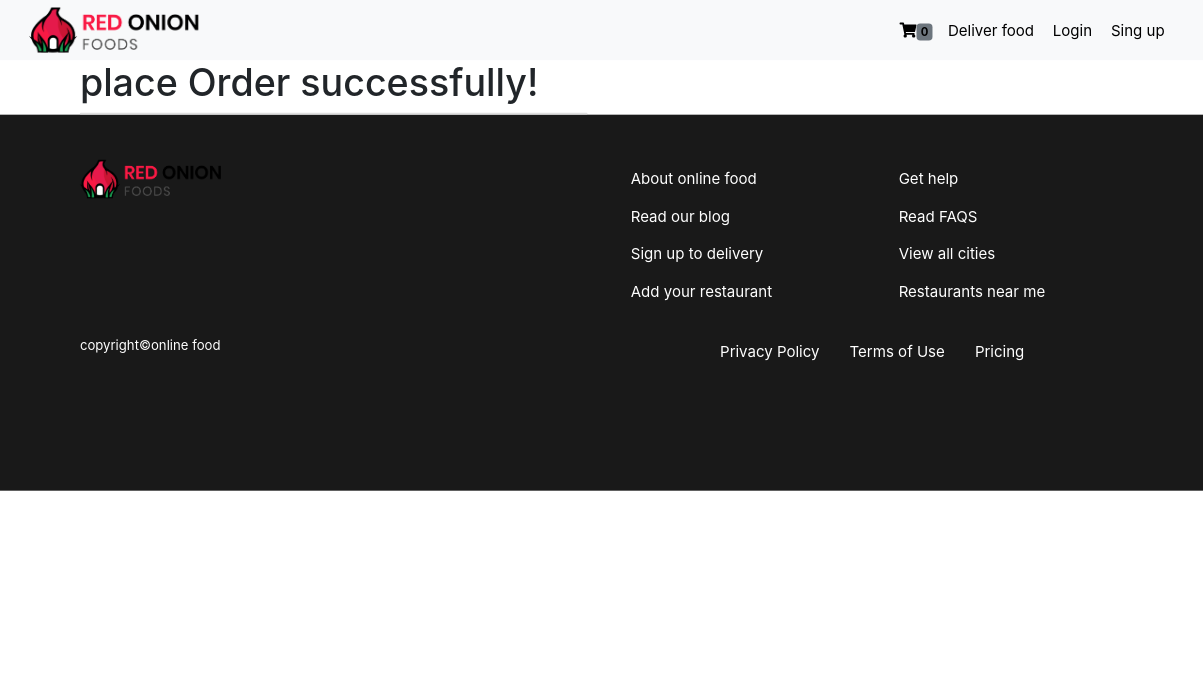
Repository: arif286/red-onion-client
Page: /order
The author's editor kept a copy of each file at every save. The page is drawn from the files as they stood at one save, then again after the next save.
The browser window is 1280 px wide. The pictures show the whole page, at 94% of full size.
The project was rebuilt for these pictures with package versions that can differ from the ones it lists, and the page was loaded fresh each time. Some packages were replaced by stand-ins written for this rebuild. Also part of the build but not shown: src/App.css, src/components/CheckOut/CheckOut.css, src/components/CheckOut/CheckOut.js, src/components/SearchBar/SearchBar.css, src/components/SearchBar/SearchBar.js, src/components/FoodDetails/FoodDetail.css, src/components/FoodDetails/FoodDetail.js, src/components/DeliveryFood/DeliveryFood.js and 11 more.

Above is the page before, as saved 2021-04-03 23:38:44.

### src/App.js
import "bootstrap/dist/css/bootstrap.min.css";
import React, { createContext, useState } from "react";
import { BrowserRouter as Router, Route, Switch } from "react-router-dom";
import './App.css';
import CheckOut from "./components/CheckOut/CheckOut";
import FoodDetail from "./components/FoodDetails/FoodDetail";
import Footer from "./components/Footer/Footer";
import Header from "./components/Header/Header";
import Home from './components/Home/Home';
import Login from "./components/LogIn/Login";
import Order from "./components/Order/Order";
import SingUp from "./components/SingUp/SingUp";


export const UserContext = createContext();
function App() {
  const [loggedInUser, setLoggedInUser] = useState({});
  return (
    <UserContext.Provider value={[loggedInUser, setLoggedInUser]}>
      <Router>
        <Header />
        <Switch>
          <Route path="/home">
            <Home />
          </Route>
          <Route path="/signUp">
            <SingUp />
          </Route>
          <Route path="/login">
            <Login />
          </Route>
          <Route path="/food/details/:foodId">
            <FoodDetail />
          </Route>
          <Route path='/checkOut'>
            <CheckOut/>
          </Route>
          <Route path='/order'>
            <Order/>
          </Route>
          <Route exact path="/">
            <Home/>
          </Route>
        </Switch>
        <Footer />
      </Router>
    </UserContext.Provider>
  );

}

export default App;

### src/components/Footer/Footer.js
import React from 'react';
import { NavLink } from 'react-bootstrap';
import Logo from '../../onion-restaurent/logo2.png';
import './Footer.css';

const Footer = () => {
    return (
      <footer>
        <div className="container">
          <div className="row pt-5">
            <div className="col-md-6 col-sm-12 pb-4">
              <img className="footer-img" src={Logo} alt="" />
            </div>
            <div className="col-md-3 col-sm-12 pb-4">
              <ul className="nav flex-column">
                <li className="nav-item">
                  <NavLink
                    className="nav-link active footer-link"
                    aria-current="page"
                    to="/"
                  >
                    About online food
                  </NavLink>
                </li>
                <li className="nav-item">
                  <NavLink className="nav-link footer-link" to="/">
                    Read our blog
                  </NavLink>
                </li>
                <li className="nav-item">
                  <NavLink className="nav-link footer-link" to="/">
                    Sign up to delivery
                  </NavLink>
                </li>
                <li className="nav-item">
                  <NavLink className="nav-link footer-link" to="/">
                    Add your restaurant
                  </NavLink>
                </li>
              </ul>
            </div>
            <div className="col-md-3 col-sm-12 pb-4">
              <ul className="nav flex-column">
                <li className="nav-item">
                  <NavLink
                    className="nav-link footer-link"
                    aria-current="page"
                    to="/"
                  >
                    Get help
                  </NavLink>
                </li>
                <li className="nav-item">
                  <NavLink className="nav-link footer-link" to="/">
                    Read FAQS
                  </NavLink>
                </li>
                <li className="nav-item">
                  <NavLink className="nav-link footer-link" to="/">
                    View all cities
                  </NavLink>
                </li>
                <li className="nav-item">
                  <NavLink className="nav-link footer-link" to="/">
                    Restaurants near me
                  </NavLink>
                </li>
              </ul>
            </div>
          </div>

          <div className="row">
            <div className="col-md-7">
              <p className='copy-right'>
                <small>
                  copyright<span>&#169;</span>online food
                </small>
              </p>
            </div>
            <div className="col-md-5">
              <div className='d-flex'>
                <NavLink className="footer-link">Privacy Policy</NavLink>
                <NavLink className="footer-link">Terms of Use</NavLink>
                <NavLink className="footer-link">Pricing</NavLink>
              </div>
            </div>
          </div>
        </div>
      </footer>
    );
};

export default Footer;

### src/components/Header/Header.js
import { faShoppingCart } from "@fortawesome/free-solid-svg-icons";
import { FontAwesomeIcon } from "@fortawesome/react-fontawesome";
import React from 'react';
import { NavLink } from "react-router-dom";
import logo from '../../onion-restaurent/logo2.png';
import './Header.css';
const cart = <FontAwesomeIcon icon={faShoppingCart} />;
const Header = () => {
    const header = {
        logo : {width: '180px'}
    }
    return (
      <div>
        <nav className="navbar navbar-expand-lg navbar-light bg-light">
          <div className="container-fluid">
            <div>
              <img style={header.logo} src={logo} alt="" />
            </div>
            <button
              className="navbar-toggler"
              type="button"
              data-bs-toggle="collapse"
              data-bs-target="#navbarNav"
              aria-controls="navbarNav"
              aria-expanded="false"
              aria-label="Toggle navigation"
            >
              <span className="navbar-toggler-icon"></span>
            </button>
            <div
              className="collapse  navbar-collapse justify-content-end"
              id="navbarNav"
            >
              <ul className="navbar-nav align-items-center">
                <li className="nav-item">
                  <button className=" cart-btn" to="/">
                    {cart}
                    <small className="badge bg-secondary">0</small>
                  </button>
                </li>
                <li className="nav-item">
                  <NavLink className="header-link" to="/cart">
                    Deliver food
                  </NavLink>
                </li>
                <li className="nav-item">
                  <NavLink className="header-link" to="/login">
                    Login
                  </NavLink>
                </li>
                <li className="nav-item">
                  <NavLink className="header-link" to="/signUp">
                    Sing up
                  </NavLink>
                </li>
              </ul>
            </div>
          </div>
        </nav>
      </div>
    );
};

export default Header;

### src/components/Order/Order.js
import React from 'react';
import { Card, Col, Container, Row } from 'react-bootstrap';

const Order = () => {
    return (
      <Container>
        <h1>place Order successfully!</h1>
        <Row >
          <Col md={6}>
            <Card></Card>
          </Col>
        </Row>
      </Container>
    );
};

export default Order;

### src/components/Footer/Footer.css
.footer-img {
  width: 150px;
}
footer {
  background-color: #191919;
  height: 400px;
}
.footer-link {
  color: white;
}
.footer-link:hover {
  color: #878787;
}
.copy-right {
  color: white;
}

### src/components/Header/Header.css
.header-link {
  color: black;
  display: inline-block;
  padding: 10px;
}
.header-link:hover {
  text-decoration: none;
  color: #777777;
}
.cart-btn {
  border: none;
  background: none;
}

Loaded but not shown: public/index.html (common file); src/index.js (common file); src/index.css (common file); src/reportWebVitals.js (common file)

After the next save:
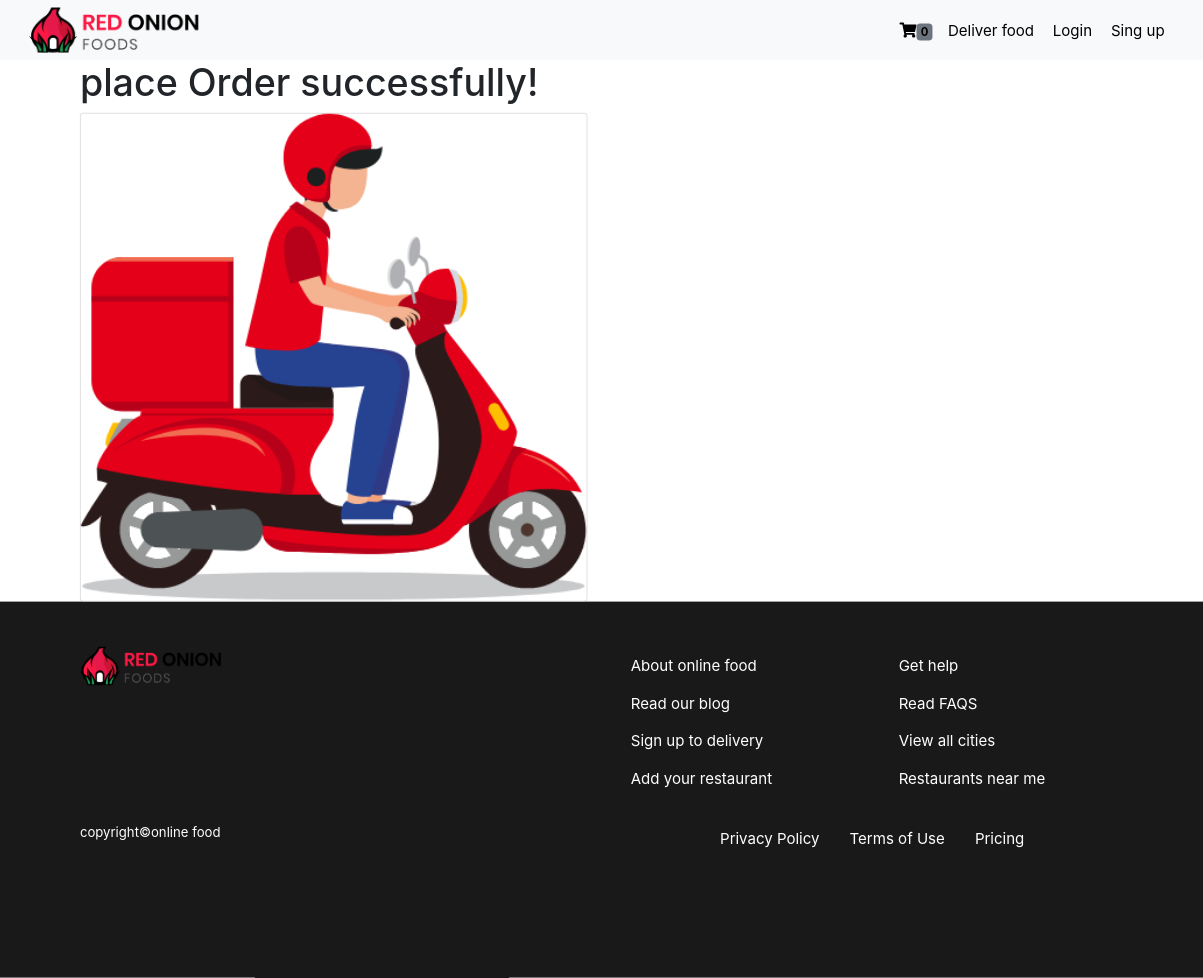
Saved 117 s later.
--- a/src/components/Order/Order.js
+++ b/src/components/Order/Order.js
@@ -1,13 +1,15 @@
 import React from 'react';
 import { Card, Col, Container, Row } from 'react-bootstrap';
-
+import delivery from '../../onion-restaurent/Image/Group 1151.png';
 const Order = () => {
     return (
       <Container>
         <h1>place Order successfully!</h1>
         <Row >
           <Col md={6}>
-            <Card></Card>
+                    <Card>
+                        <img src={delivery} alt=''/>
+            </Card>
           </Col>
         </Row>
       </Container>
